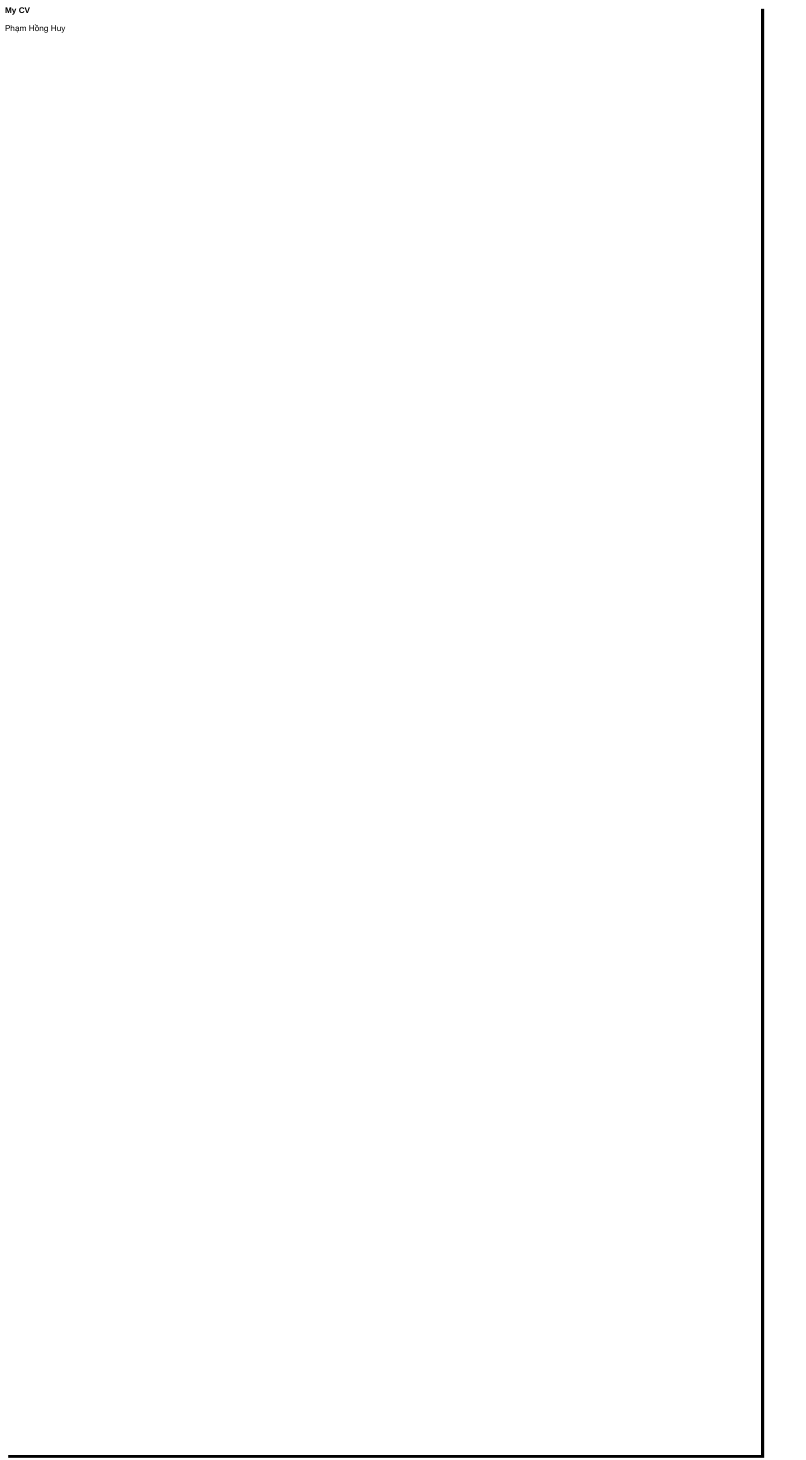
Repository: phamhonghuy/bookstore
Page: index.html
An editor plug-in stored every save of this project. The page is shown before and after a run of saves, followed by the edit.
The browser window is 1280 px wide. The pictures show the whole page, at 63% of full size.

Above is the page before, as saved 2021-10-08 22:52:09.

After the next 4 saves:
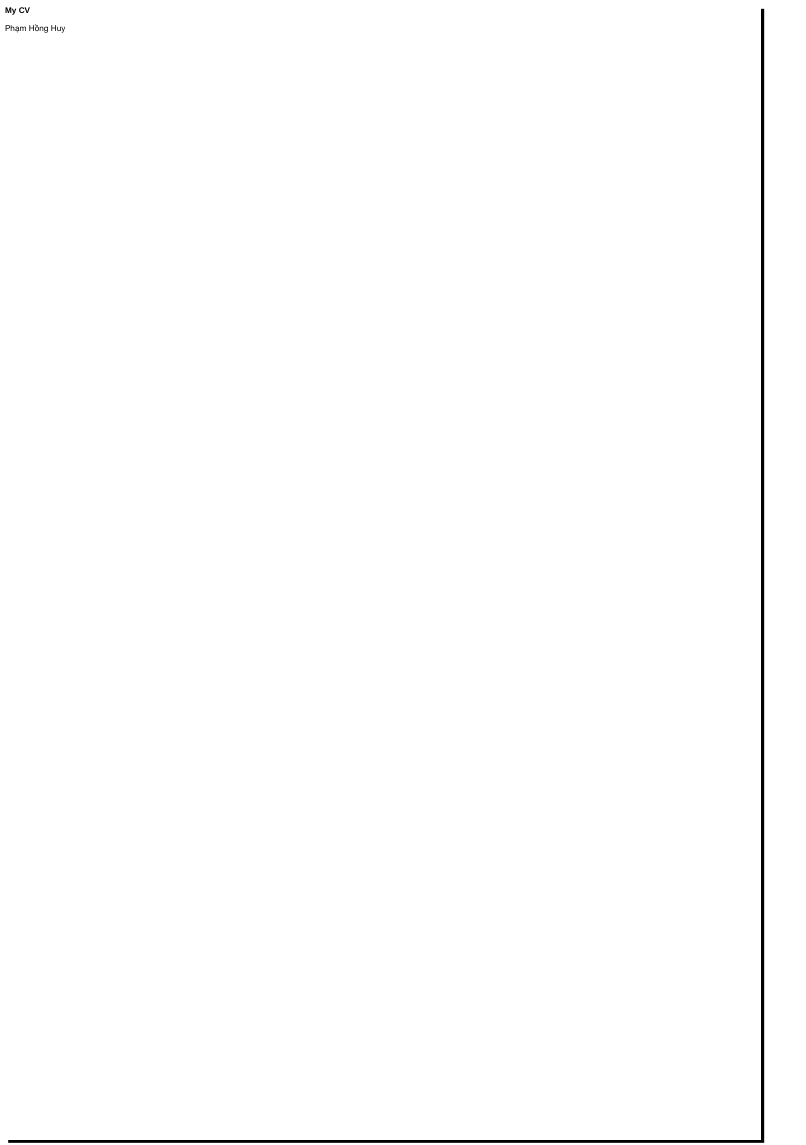
The 4 saves are shown as one change because they came seconds apart.
The last was saved 12 s later.
--- a/css/style.css
+++ b/css/style.css
@@ -10,6 +10,7 @@
 }
 body {
     width: 1200px;
-    height: 2300px;
+    height: 1800px;
     box-shadow: 5px 5px rgb(0, 0, 0);
+    margin: ;
 }
